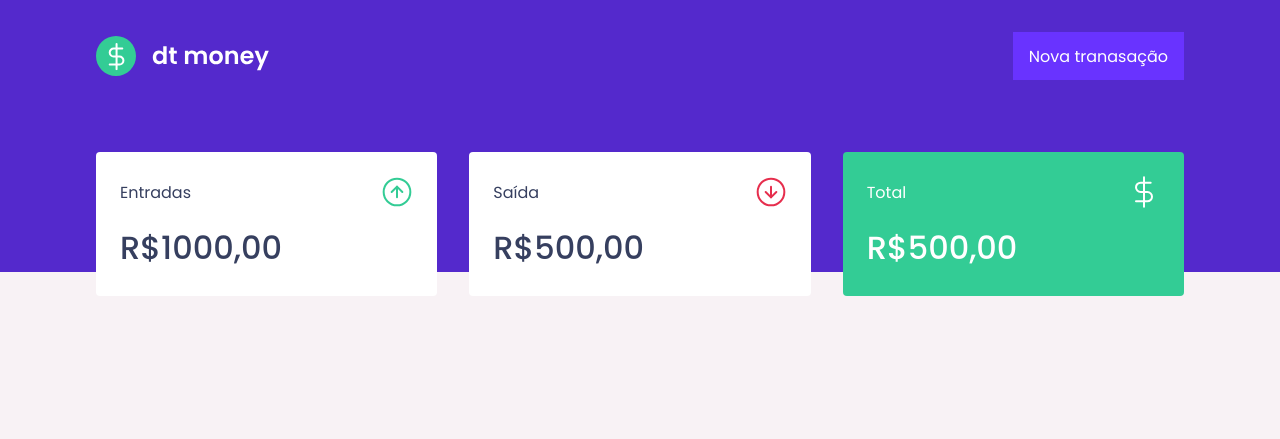
Repository: soualexandre/dtmoney
Page: /
The author's editor kept a copy of each file at every save. The page is drawn from the files as they stood at one save, then again after the next save.
The browser window is 1280 px wide. The pictures show the whole page.
The project was rebuilt for these pictures with package versions that can differ from the ones it lists, and the page was loaded fresh each time.

Above is the page before, as saved 2021-07-13 11:25:39.

After the next save:
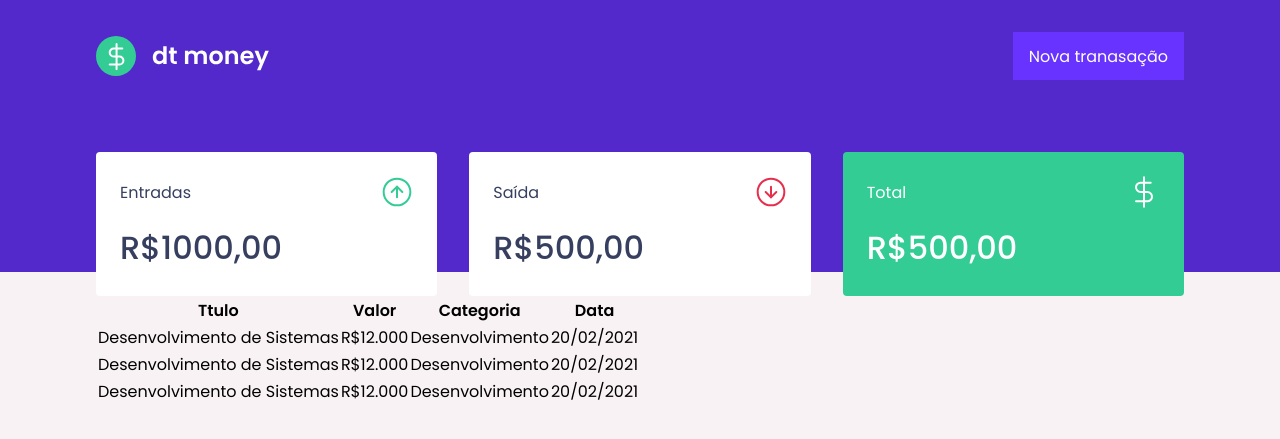
Saved 63 s later.
--- a/src/components/Dashboard/index.tsx
+++ b/src/components/Dashboard/index.tsx
@@ -1,4 +1,5 @@
 import { Sumary } from "../Sumary";
+import { TransactionsTable } from "../transactionsTable";
 import { Container } from "./styles";
 
 
@@ -6,6 +7,7 @@
     return(
        <Container>
           <Sumary/>
+          <TransactionsTable/>
        </Container>
     );
 }
